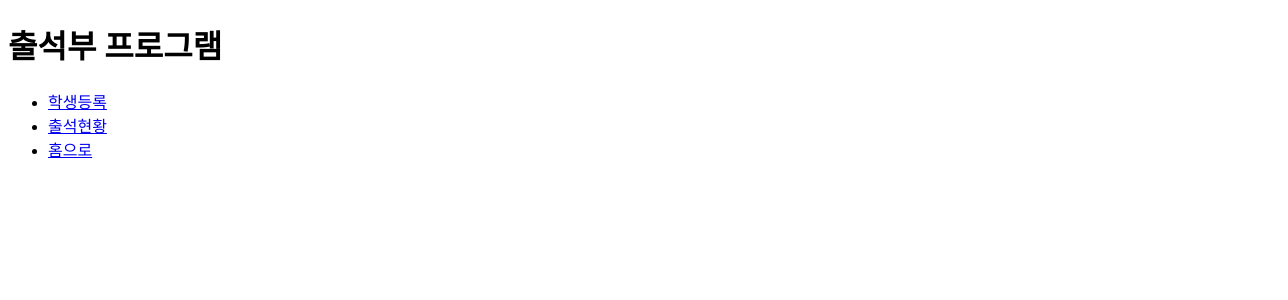
Repository: balhyo-younjisang/DigitechJSP
Page: http://localhost/rollbook/
These files come from the project's save history. The page is drawn as it stood at one moment and after the next save; the edit follows.
The browser window is 1280 px wide. The page is 1288 px wide, then 1280 px, so the pictures cover 1288 px, including what lies to the right of the window. The pictures show the whole page.
The page is served by Tomcat 9.

Above is the page before, as saved 2025-03-31 03:44:59.

After the next save:
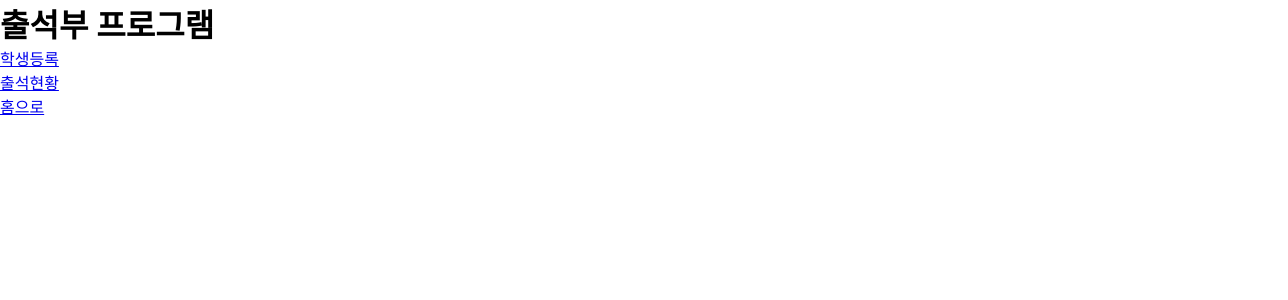
Saved 24 s later.
--- a/rollbook/src/main/webapp/css/style.css
+++ b/rollbook/src/main/webapp/css/style.css
@@ -1,4 +1,10 @@
 @charset "UTF-8";
+
+* {
+	margin: 0px;
+	padding: 0px;
+	box-sizing: border-box;
+}
 
 header {
 	width: 100vw;
